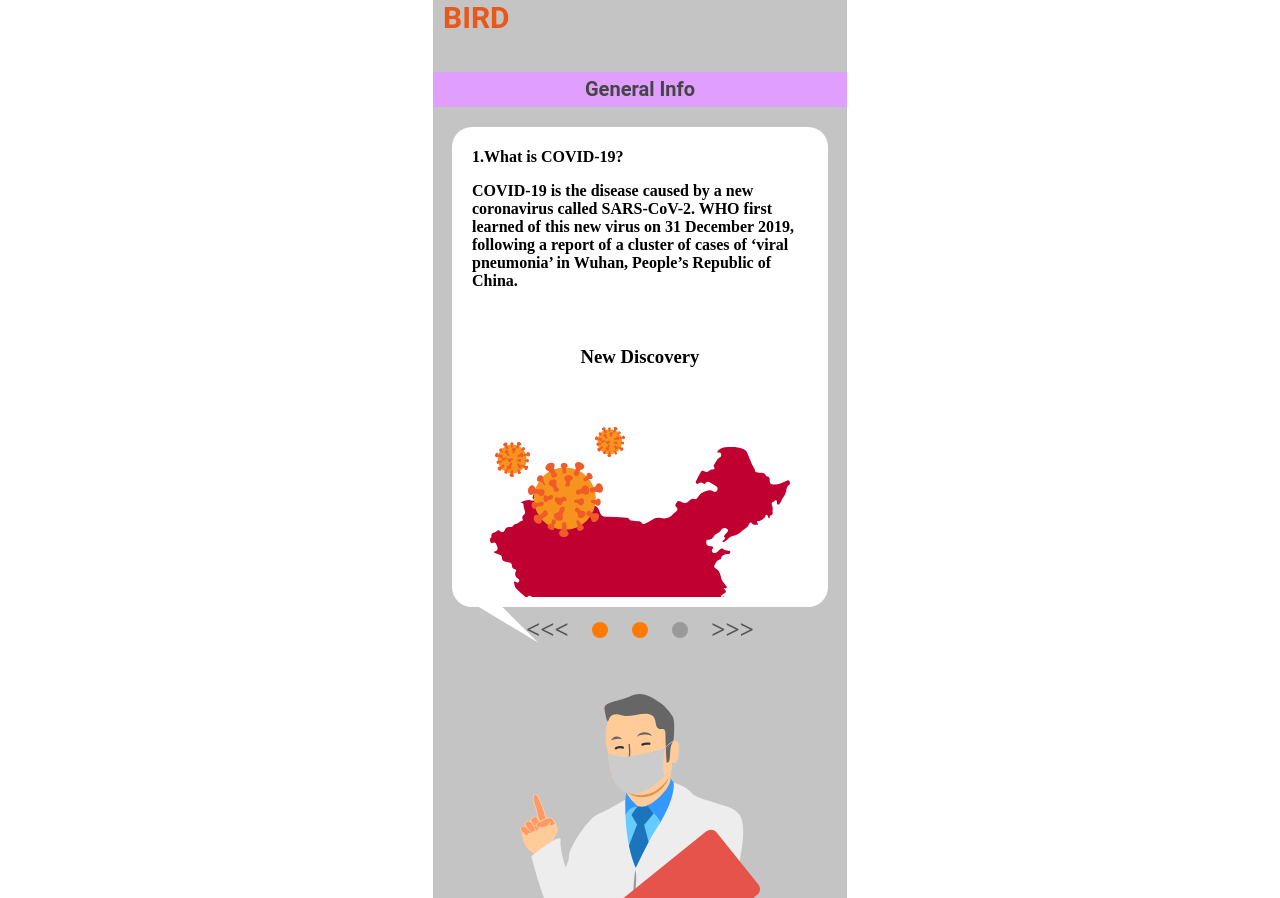
Repository: Levic559/BIRD
Page: General_info-1/1.html
An editor plug-in stored every save of this project. The page is shown before and after the next save, followed by the edit.
The browser window is 1280 px wide. The pictures show the whole page.

Above is the page before, as saved 2021-03-10 21:45:40.

After the next save:
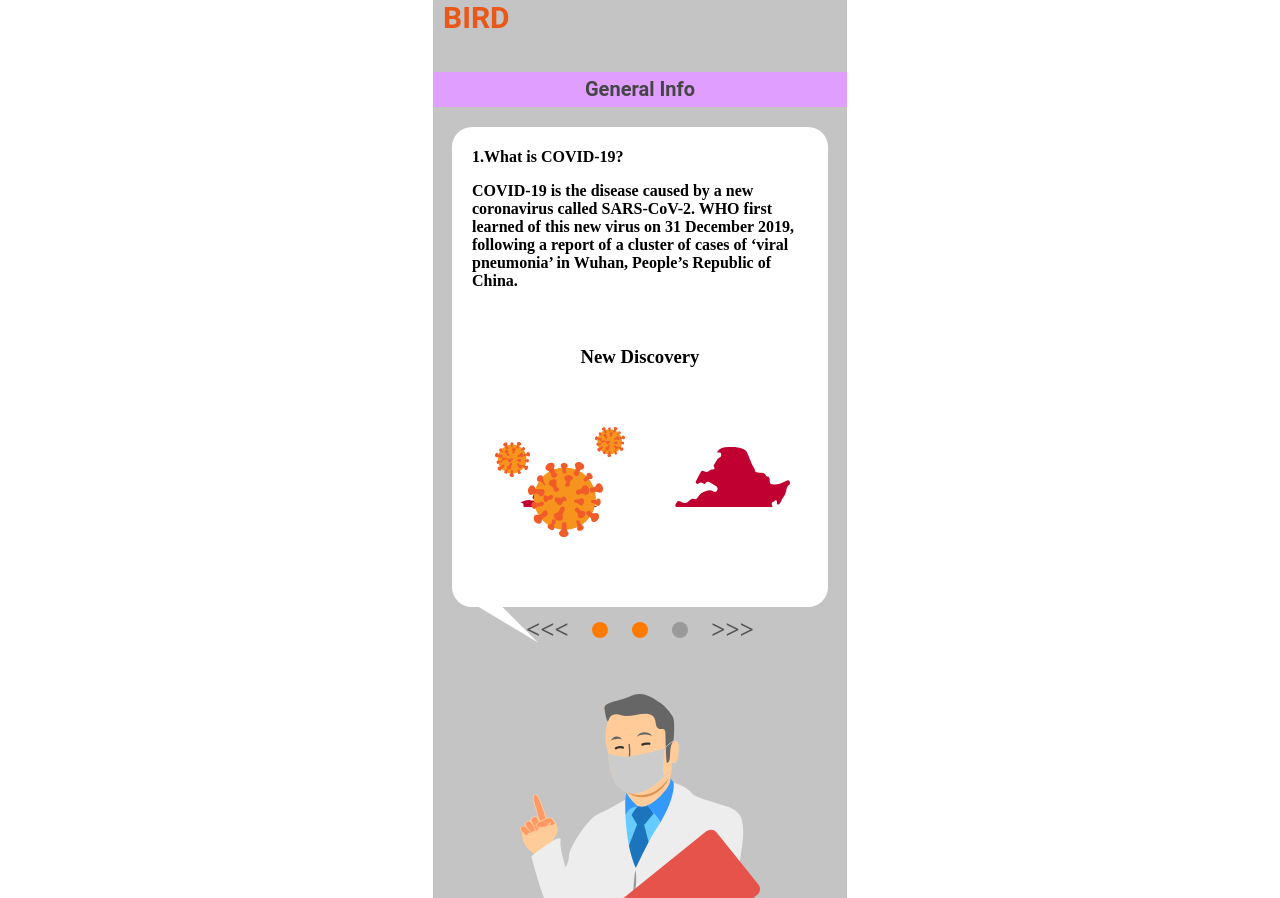
Saved 16 s later.
--- a/General_info_structure/mystyle.css
+++ b/General_info_structure/mystyle.css
@@ -81,7 +81,7 @@
 }
 
 .infographicImg{
-  margin-bottom: 10px;
+  margin-bottom: 100px;
   width: 300px;
   height: 200px;
   overflow: hidden;

After the 2 saves that followed:
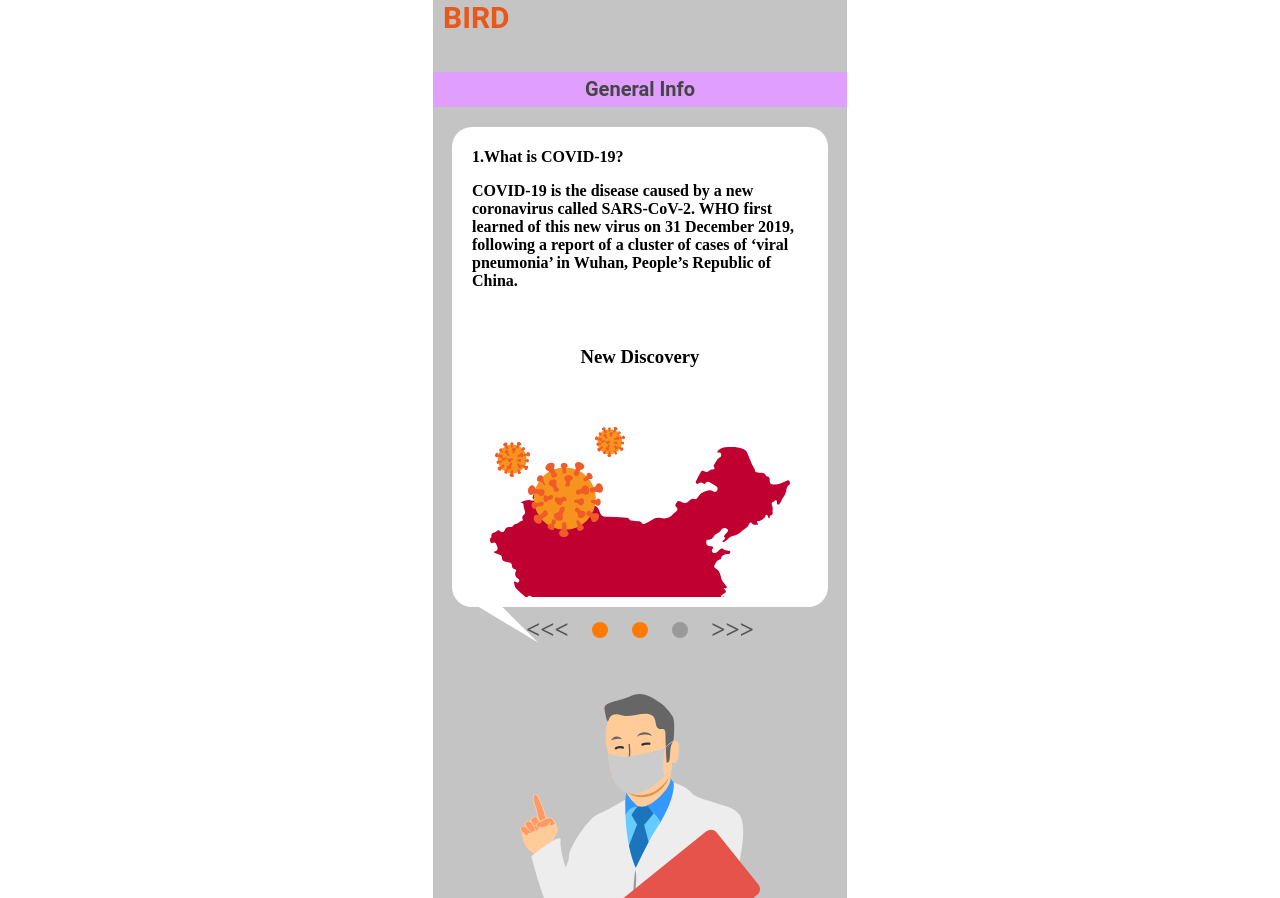
The 2 saves are shown as one change because they came seconds apart.
The last was saved 7 s later.
--- a/General_info_structure/mystyle.css
+++ b/General_info_structure/mystyle.css
@@ -81,7 +81,7 @@
 }
 
 .infographicImg{
-  margin-bottom: 100px;
+  margin-bottom: 10px;
   width: 300px;
   height: 200px;
   overflow: hidden;
